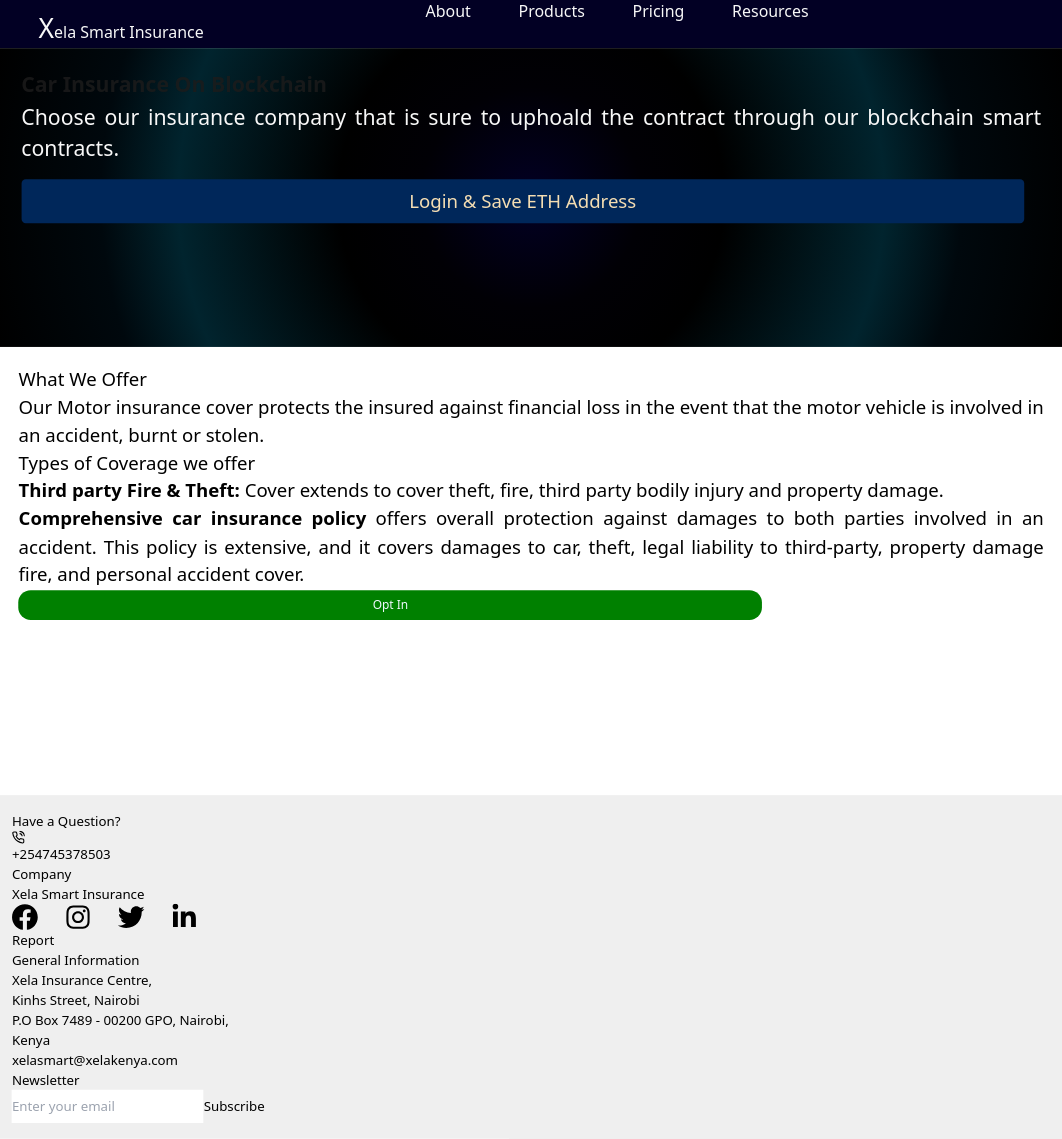
Repository: ALVIN-OBONYO/Xela-smart_insuarance
Page: / (app in frontend/)
An editor plug-in stored every save of this project. The page is shown before and after the next save, followed by the edit.
The browser window is 1280 px wide. The pictures show the whole page, at 83% of full size.
The project was rebuilt for these pictures with package versions that can differ from the ones it lists, and the page was loaded fresh each time. Also part of the build but not shown: frontend/src/Components/Cards.jsx, frontend/src/Pages/Policies.jsx, frontend/src/Components/Calendar.css, frontend/src/Components/Calendar.jsx, frontend/src/Components/Input.js, frontend/src/Components/Upload.css, frontend/src/Components/Upload.js, frontend/src/Pages/ReportForm.jsx and 3 more.

Above is the page before, as saved 2022-10-03 10:41:28.

### frontend/public/index.html
<!DOCTYPE html>
<html lang="en">
  <head>
    <meta charset="utf-8" />
    <link rel="icon" href="%PUBLIC_URL%/favicon.ico" />
    <meta name="viewport" content="width=device-width, initial-scale=1" />
    <meta name="theme-color" content="#000000" />
    <meta
      name="description"
      content="Web site created using create-react-app"
    />
    <link rel="apple-touch-icon" href="%PUBLIC_URL%/logo192.png" />
    <!--
      manifest.json provides metadata used when your web app is installed on a
      user's mobile device or desktop. See https://developers.google.com/web/fundamentals/web-app-manifest/
    -->
    <link rel="manifest" href="%PUBLIC_URL%/manifest.json" />
    <!--
      Notice the use of %PUBLIC_URL% in the tags above.
      It will be replaced with the URL of the `public` folder during the build.
      Only files inside the `public` folder can be referenced from the HTML.

      Unlike "/favicon.ico" or "favicon.ico", "%PUBLIC_URL%/favicon.ico" will
      work correctly both with client-side routing and a non-root public URL.
      Learn how to configure a non-root public URL by running `npm run build`.
    -->
    <title>React App</title>
  </head>
  <body>
    <noscript>You need to enable JavaScript to run this app.</noscript>
    <link
    href="https://unpkg.com/tailwindcss@^1.0/dist/tailwind.min.css"
    rel="stylesheet"
  />
  <script
    src="https://cdnjs.cloudflare.com/ajax/libs/web3/1.6.1/web3.min.js"
    integrity="sha512-5erpERW8MxcHDF7Xea9eBQPiRtxbse70pFcaHJuOhdEBQeAxGQjUwgJbuBDWve+xP/u5IoJbKjyJk50qCnMD7A=="
    crossorigin="anonymous"
    referrerpolicy="no-referrer"
  ></script>
    <div id="root"></div>
    <!--
      This HTML file is a template.
      If you open it directly in the browser, you will see an empty page.

      You can add webfonts, meta tags, or analytics to this file.
      The build step will place the bundled scripts into the <body> tag.

      To begin the development, run `npm start` or `yarn start`.
      To create a production bundle, use `npm run build` or `yarn build`.
    -->
  </body>
</html>

### frontend/src/index.js
import React from 'react';
import ReactDOM from 'react-dom/client';
import './index.css';
import App from './App';
import reportWebVitals from './reportWebVitals';
import { BrowserRouter } from 'react-router-dom';
const root = ReactDOM.createRoot(document.getElementById('root'));
root.render(
  <React.StrictMode>
     <BrowserRouter>
       <App />
    </BrowserRouter>
  </React.StrictMode>
);

// If you want to start measuring performance in your app, pass a function
// to log results (for example: reportWebVitals(console.log))
// or send to an analytics endpoint. Learn more: https://bit.ly/CRA-vitals
reportWebVitals();

### frontend/src/App.jsx
import './App.css';
import RoutePages from './Components/RoutePages';

function App() {
  return (
    <div className="App">
      <RoutePages/>
    </div>
  );
}

export default App;

### frontend/src/Components/RoutePages.jsx
import React from 'react'
import { Routes, Route} from 'react-router-dom'
import EntryPage from '../Pages/Entrypage'
import PolicyMaker from '../Pages/Policies'
import ReportForm from '../Pages/ReportForm'
import Report from '../Pages/Report'
import ReportInfo from '../Pages/ReportInfo'
import FormPagination from './FormPagination'
const RoutePages = () => {
    return (


   <Routes>

    <Route exact path="/" element={<EntryPage />} />
    <Route path="policy" element={<PolicyMaker />} />

    <Route path="report/2" element={<ReportForm/> } />
    <Route path="report/1" element={<ReportInfo />} />
    <Route path="report/*" element={<FormPagination />} />

   </Routes>


    )
}

export default RoutePages

### frontend/src/Pages/Entrypage.jsx
import React, {useState, useRef} from 'react'
import "../Components/Navbar.css"
import { FaTimes, FaBars, FaInstagram, FaTwitter, FaLinkedinIn, FaFacebook, } from 'react-icons/fa'
import {FiPhoneCall} from 'react-icons/fi'
import { Link} from 'react-router-dom'
import { loginWithEth } from '../Services/LoginWithEth'
import { truncateAddress } from '../Services/TruncateAddress'
import Web3 from 'web3'
import { getContractSymbol } from '../Services/Contract'
import TextField from '@mui/material/TextField'
import Button from "@mui/material/Button"
import FormGroup from "@mui/material/FormGroup"
//import {useStyles} from '@emotion/styled'
const Entrypage = () => {
        const [navButton, setNavButton] = useState(false)
        const [policy, setPolicy] = useState("")
        const switchNavState = () => setNavButton(!navButton)
        const buttonLogout = useRef(null)
        const yourAddress = useRef()
        window.userAddress = null



        window.onload = async () => {
            if (window.ethereum) {
                window.web3 = new Web3(window.ethereum)
            } else {
                alert("No ETH browser extension detected.")
            }
        }

        function showAddress() {
          if (!window.userAddress) {
            yourAddress.current.innerText = ""
            buttonLogout.current.classList.add("hidden")
             return false
        }

        yourAddress.innerText = `ETH Address: ${truncateAddress(window.userAddress)}`
        buttonLogout.classList.remove("hidden")
    }

         function logout() {
            window.userAddress = null
            window.localStorage.removeItem(buttonLogout)
            showAddress()
}

    return (
        <>
        <header>
        <nav id="my-nav">
        <h1 className='brand'><span className='X'>X</span>ela Smart Insurance</h1>
        <div className='toogleNav' onClick={switchNavState} >{navButton ?
        <div id="bars">

            <FaBars size="2.5em"/>
            </div> :
            <div className = "navflex">
            <div id="times">
                <FaTimes />
                </div>
            <h4>About</h4>
            <h4>Products</h4>
            <h4>Pricing</h4>
            <h4>Resources</h4>
            </div>

}
        </div>
        <div className='nav-section'>
            <h4>About</h4>
            <h4>Products</h4>
            <h4>Pricing</h4>
            <h4>Resources</h4>
        </div>
        </nav>
        <section className="top-descr" id='top'>
            <h1 id="top-h3">Car Insurance On Blockchain</h1>
            <p id="top-pg">Choose our insurance company that is sure to uphoald the contract through our blockchain smart contracts.</p>
            <div id="policy-sec">
                {/* <FormGroup row >
               <TextField
                variant="outlined"
                placeholder='Enter your policy number'
                sx={{
                    borderRadius: 0,
                    padding: 0
                }}
                />
                <Button variant="contained" sx={{
                    borderRadius: 0,
                    padding: "6px"
                }}>Verify</Button>
                    </FormGroup> */}

            <button id="btn-policy" onClick={loginWithEth}>Login & Save ETH Address
                </button>
                <p id="userAddress" className="text-gray-600" ref={yourAddress}></p>
                <button id="logoutButton" onClick={logout} className="hidden text-blue-500 underline" ref={buttonLogout}>Logout</button>
                           </div>
        </section>
        </header>
        <div className='about-descr' id="descr">
            <h3>What We Offer</h3>
            <p>
            Our Motor insurance cover protects the insured against financial loss in the event that the motor vehicle is involved in an accident, burnt or stolen.</p>
            <h4>Types of Coverage we offer</h4>
            <p>


<b>Third party Fire & Theft:</b> Cover extends to cover theft, fire, third party bodily injury and property damage.
</p>
<p>
<b>Comprehensive car insurance policy</b> offers overall protection against damages to both parties involved in an accident. This policy is extensive, and it covers damages to car, theft, legal liability to third-party, property damage fire, and personal accident cover.
            </p>
            <Link to="/policy"><button id="buy-policy" onClick={getContractSymbol}>Opt In</button></Link>
        </div>
        <div id="footer">
            <div>
            <h2>Have a Question?</h2>
             <h3><FiPhoneCall /> +254745378503</h3>
             <h2>Company</h2>
             <h3>Xela Smart Insurance</h3>
             <div id="social-icons">
               <FaFacebook size="2em"/>
               <FaInstagram size="2em"/>
               <FaTwitter size="2em"/>
               <FaLinkedinIn size="2em"/>
             </div>
             <div>
                <Link to="/report/1">Report</Link>
                <h2>General Information</h2>
                <h4>Xela Insurance Centre,</h4>
                <h4>Kinhs Street, Nairobi</h4>
                <h4>P.O Box 7489 - 00200 GPO, Nairobi,</h4>
                <h4>Kenya</h4>
                <h4>xelasmart@xelakenya.com</h4>
                <h2>Newsletter</h2>
                <input type="text" placeholder="Enter your email" />
                <button>Subscribe</button>
             </div>
            </div>
        </div>
        </>
    )
}

export default Entrypage

### frontend/src/Components/Navbar.css
nav {
    width: 100vw;
    display: flex;
    justify-content: flex-start;
    align-items: flex-start;
}

.brand {
    flex-grow: 1;
    text-align: start;
    padding-left: 2.9rem;
    margin-top: 0.6rem;
    font-size: 1.2rem;
}

.X {
    font-size: 2rem;

}
.nav-section {
    display: flex;
    flex-grow: 1;
    gap: 3em;
    font-size: 1.2rem;
    padding-right: 2em;
    justify-content: flex-start;
    align-items: center;
}
.top-descr, .about-descr  {
    margin-top: 0;
    padding: 1em;
    text-align: justify;
    font-size: 1.6rem;
    height: 50vh;

}

#descr {
    font-size: 1.4rem;
    height: 75vh;
}

#top-h3 {
    font-weight: 700;
    color: rgba(27, 27, 27, 0.836);
}
#top, nav {
    background: rgb(2,0,36);
    background: radial-gradient(circle, rgba(2,0,36,1) 0%, rgba(1,0,5,1) 20%, rgba(0,0,0,1) 35%, rgba(1,36,46,1) 64%, rgba(0,8,13,1) 78%, rgba(0,0,0,1) 100%);
    color: rgb(248, 248, 248);
}

#my-nav {
    background: rgb(2,0,36);
}
#top-pg {

    font-size: 1.6rem;
}
#policy-sec {
    display: flex;
    gap: 0.8em;

}
input[type=text] {
    flex-grow: 1;
    height: 2.5em;
}
#btn-policy {
    background-color: rgb(0, 39, 90);
    flex-grow: 1;
    color: wheat;
    border: none;
    margin-top: 0.8em;
    border-radius: 5px;
    padding: 0.6rem;
    font-size: 1.4rem;
    font-weight: 500;

}
#buy-policy {
    width: 70vw;
    height: 2.5em;
    border: none;
    background-color: #008000;
    color:aliceblue;
    font-size: 0.9rem;
    border-radius: 15px;
}
#social-icons {
    display: flex;
    gap: 2em;
}
#footer {
    background-color: rgba(128, 128, 128, 0.13);
    text-align: start;
    padding: 1.2em  0.9em;
}

.navflex {
    display: flex;
    flex-direction: column;
    justify-content: center;
    align-items: center;
    gap: 2em;
    background-color: rgba(19, 20, 27, 0.918);
    color: white;
    width: 100vw;
    height: 100vh;
    right: 0;
    top: 0;
    position: absolute;
    text-transform: uppercase;
    /* animation-name: ${navanim}; */
}
@media screen and (max-width: 600px){
   .nav-section {

      display: none;
   }


}

@media screen and (min-width: 600px){
    .toogleNav {
        display: none;
        padding: 1.3em;
    }
}

### frontend/src/Services/LoginWithEth.js
import { showAddress } from "./showAddress";
export async function loginWithEth() {
    if (window.web3) {
        try {
            const selectedAccount = await window.ethereum.request({
                method: "eth_requestAccounts"
            })
            .then((accounts) => accounts[0])
            .catch(() => {
                throw Error("No account selected!")
            })

          window.userAddress = selectedAccount;
          window.localStorage.setItem("userAddress", selectedAccount);
        //   showAddress()
        }
        catch (error) {
            console.error(error)
        }
    } else {
        alert("No ETH browser extension detected.");
    }
}

### frontend/src/Services/TruncateAddress.js
export function truncateAddress(address) {
    if (!address) {
        return "";
    }
    return `${address.substr(0, 5)}...${address.substr(
        address.length - 5,
        address.length
      )}`;
}

### frontend/src/Services/Contract.js
window.ABI = require('./contract-abi.json')
export async function getContractSymbol() {
    const CONTRACT_ADDRESS = "0x1A5b30a61CED9B4D9c209E7F1d2fbD38657f8EB1"

    const contract = new window.web3.eth.Contract(
        window.ABI,
        CONTRACT_ADDRESS
    )

    const symbol = await contract.methods.symbol().call({
        from: window.userAddress    })

    alert(`Contract ${CONTRACT_ADDRESS} Symbol: ${symbol}`);
}

Loaded but not shown: frontend/src/index.css (common file); frontend/src/reportWebVitals.js (common file); frontend/src/App.css (common file); frontend/src/Services/contract-abi.json (501 lines, source omitted); frontend/src/Services/showAddress.js (no stored copy; drawn as an empty file)

After the next save:
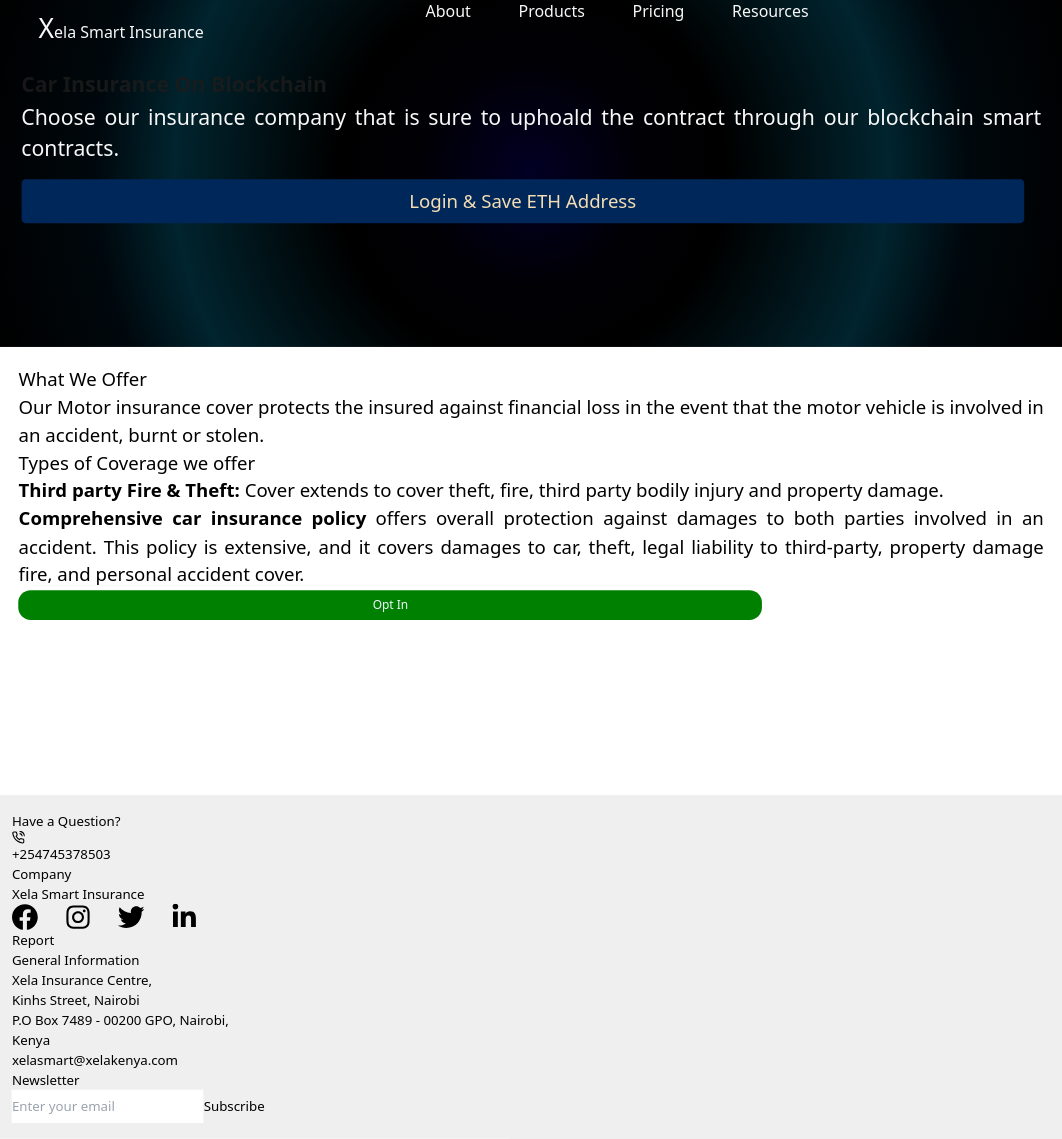
Saved 29 s later.
--- a/frontend/src/Components/Navbar.css
+++ b/frontend/src/Components/Navbar.css
@@ -44,15 +44,13 @@ nav {
     font-weight: 700;
     color: rgba(27, 27, 27, 0.836);
 }
-#top, nav {
+header {
     background: rgb(2,0,36);
     background: radial-gradient(circle, rgba(2,0,36,1) 0%, rgba(1,0,5,1) 20%, rgba(0,0,0,1) 35%, rgba(1,36,46,1) 64%, rgba(0,8,13,1) 78%, rgba(0,0,0,1) 100%);
     color: rgb(248, 248, 248);
 }
 
-#my-nav {
-    background: rgb(2,0,36);
-}
+
 #top-pg {
 
     font-size: 1.6rem;
